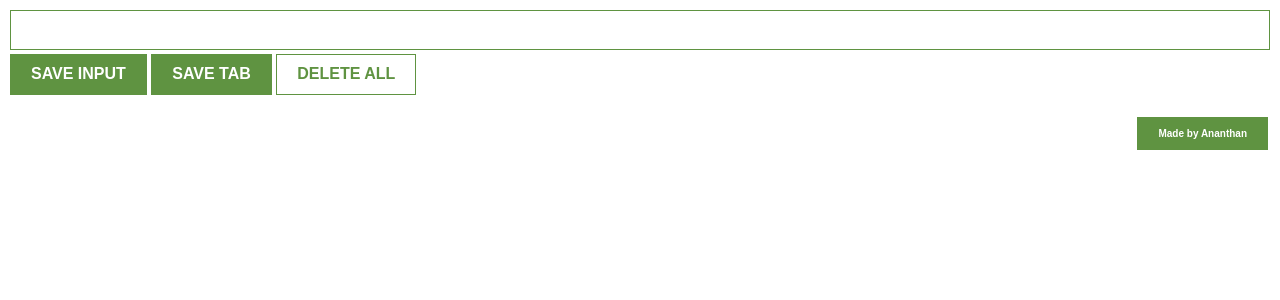
Repository: ananthantharma/Chrome-Extension
Page: index.html
These files come from the project's save history. The page is drawn as it stood at one moment and after the next save; the edit follows.
The browser window is 1280 px wide. The pictures show the whole page.

Above is the page before, as saved 2022-07-20 23:40:43.
Console error: TypeError: Cannot read properties of null (reading 'appendChild')

### index.html
<html>
    <head><link rel="stylesheet" href="https://cdnjs.cloudflare.com/ajax/libs/normalize/8.0.1/normalize.css">
        <link rel="stylesheet" href="index.css">

    </head>
    <body>
        <input type="text" id="input-el">
        <button id="input-btn">SAVE INPUT</button>
        <button id="tab-btn">SAVE TAB</button>
        <button id="delete-btn">DELETE ALL</button>
        <ul id="ul-el">
        </ul>
        <script src="index.js"></script>
    </body>
    <footer id="ananthan">
        <button>Made by Ananthan</button>
    </footer>
</html>

### index.css
body {
    margin: 0;
    padding: 10px;
    font-family: Arial, Helvetica, sans-serif;
    min-width: 400px;
}
footer{
    font-family: 'Brush Script MT', cursive;
    font-size:20px;
    font-style:none;
    font-weight: normal;
    color: #5f9341;
    text-align: right;
}
input {
    width: 100%;
    padding: 10px;
    box-sizing: border-box;
    border: 1px solid #5f9341;
    margin-bottom: 4px;
}

button {
    background: #5f9341;
    color: white;
    padding: 10px 20px;
    border: 1px solid #5f9341;
    font-weight: bold;
}

#delete-btn {
    background: white;
    color: #5f9341;
}

ul {
    margin-top: 20px;
    list-style: none;
    padding-left: 0;
}

li {
    margin-top: 5px;
}

a {
    color: #5f9341;
}

#delete-icon {
    background: white;
    color: #5f9341;
    font-family: Arial, Helvetica, sans-serif;
    font-size:10px;

    margin: 0;
    padding: 0;
    margin-left: 4px;

    line-height: normal;
}
.small-btn{
    background: white;
    color: #5f9341;
    font-family: Arial, Helvetica, sans-serif;
    font-size:10px;

    margin: 0;
    padding: 0;
    margin-left: 4px;

    line-height: normal;
}
#ananthan {
    background: white;
    color: #040a00;
    font-family: Arial, Helvetica, sans-serif;
    font-size:10px;

    margin: 0;
    padding: 2;
    margin-left: 4px;

    line-height: normal;

### index.js
let myLeads = []
const inputEl = document.getElementById("input-el")
const inputBtn = document.getElementById("input-btn")
const ulEl = document.getElementById("ul-el")
const deleteBtn = document.getElementById("delete-btn")
const leadsFromLocalStorage = JSON.parse( localStorage.getItem("myLeads") )
const tabBtn = document.getElementById("tab-btn")
const li=document.createElement("li")
const ananthan=document.getElementById("ananthan")


if (leadsFromLocalStorage) {
    myLeads = leadsFromLocalStorage
    render(myLeads)
   }

tabBtn.addEventListener("click", function(){
    chrome.tabs.query({active: true, currentWindow: true}, function(tabs){
        myLeads.push(tabs[0].url)
        localStorage.setItem("myLeads", JSON.stringify(myLeads) )

        let a5=document.createElement('a')
        let list5 =document.createElement("li")
        let button5=document.createElement('button')

        button5.className="small-btn"
        button5.id="small-button"
        button5.innerHTML="Delete";
        button5.onclick=function(){
            list5.remove()
            let index = myLeads.indexOf(tabs[0].url);
            //if (index !== -1) {
                myLeads.splice(index, 1);
                localStorage.setItem("myLeads", JSON.stringify(myLeads) )
            //}
        }
        a5.innerHTML=tabs[0].url
        a5.title =tabs[0].url
        a5.href=tabs[0].url



        ulEl.appendChild(list5)
        list5.appendChild(a5)
        list5.appendChild(button5)



        })
    })

function render(leads) {
    for (let i = 0; i < leads.length; i++) {
        //li.appendChild(document.createTextNode(leads[i]));
        let a=document.createElement('a')
        let list =document.createElement("li")
        let button=document.createElement("button")
        button.className="small-btn"
        button.id="small-button"
        button.innerHTML="Delete";
        //*********************************************** */
        button.onclick=function(){
            list.remove()
            let index = myLeads.indexOf(leads[i]);
            //if (index !== -1) {
                myLeads.splice(index, 1);
                localStorage.setItem("myLeads", JSON.stringify(myLeads) )
            //}
        }

        a.innerHTML=leads[i]
        a.title =leads[i]
        a.href=leads[i]

        ulEl.appendChild(list)
        list.appendChild(a)
        list.appendChild(button)



        }

          }

          function removebutton(parent) {

                this.parentElement.remove();
            }

    deleteBtn.addEventListener("dblclick", function() {
        myLeads = []
        localStorage.clear()
        document.getElementById('ul-el').innerHTML = '';
        console.log(myLeads)
        })





    inputBtn.addEventListener("click", function() {
        myLeads.push(inputEl.value)
        localStorage.setItem("myLeads", JSON.stringify(myLeads))

        let a1=document.createElement('a')
        let list1=document.createElement("li")

        let button2=document.createElement('button')
        button2.className="small-btn"
        button2.id="small-button"
        a1.innerHTML=inputEl.value
        a1.title =inputEl.value
        a1.href=inputEl.value

        button2.innerHTML="Delete"
        button2.onclick=function(){
            list1.remove()
            let index = myLeads.indexOf(inputEl.value);
            //if (index !== -1) {
                myLeads.splice(index, 1);
                localStorage.setItem("myLeads", JSON.stringify(myLeads) )
            //}
        }


        ulEl.appendChild(list1);
        list1.appendChild(a1)
        list1.appendChild(button2)


        inputEl.value = ""


        console.log(myLeads)
        })

       /*  function ananthanMessage(){
            alert("Ananthan thanks you for using his Chrome extension");
        } */

        let button10=document.createElement('button')
        button10.className="small-btn"
        button10.id="small-button"
        button10.innerHTML="Made by Ananthan"
        ananthan.appendChild(button10)

After the next save:
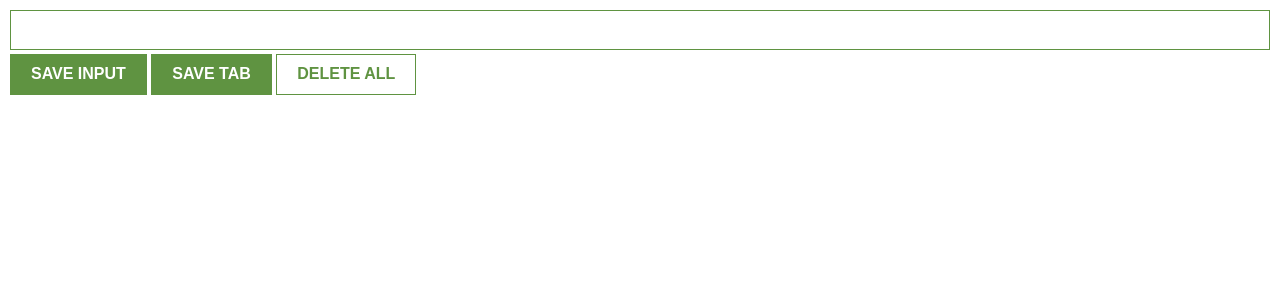
Saved 13 s later.
--- a/index.html
+++ b/index.html
@@ -13,6 +13,6 @@
         <script src="index.js"></script>
     </body>
     <footer id="ananthan">
-        <button>Made by Ananthan</button>
+
     </footer>
 </html>
